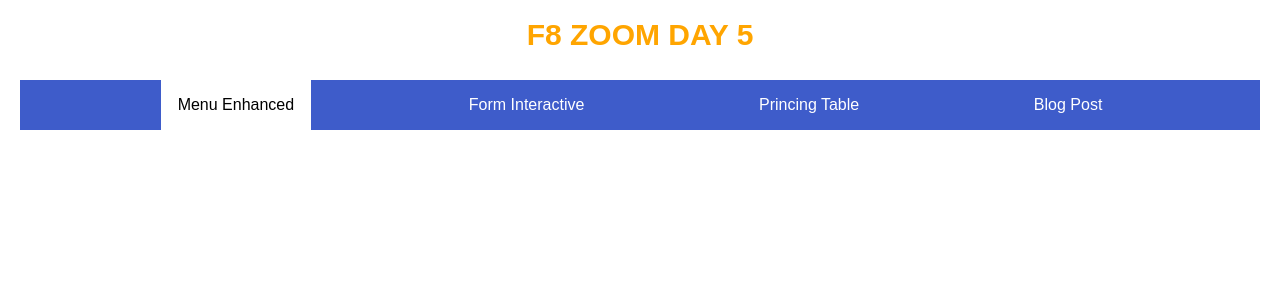
Repository: lannguyen1301/f8-zoom-day-5
Page: index.html
An editor plug-in stored every save of this project. The page is shown before and after the next save, followed by the edit.
The browser window is 1280 px wide. The pictures show the whole page.

Above is the page before, as saved 2025-04-21 18:40:20.

### index.html
<!DOCTYPE html>
<html lang="en">

<head>
    <meta charset="UTF-8">
    <meta name="viewport" content="width=device-width, initial-scale=1.0">
    <title>F8 ZOOM DAY 5</title>
    <link rel="stylesheet" href="./assets/css/reset.css">
    <link rel="stylesheet" href="./assets/css/style.css">
</head>

<body>
    <div class="inner">
        <h1 class="title-desc">F8 ZOOM DAY 5</h1>
        <nav class="navbar">
            <ul class="navbar__list">
                <li class="navbar__item active">
                    <a href="./menu-enhanced.html" class="navbar__link" target="_blank">Menu Enhanced</a>
                </li>
                <li class="navbar__item">
                    <a href="./form-interactive.html" class="navbar__link" target="_blank">Form Interactive</a>
                </li>
                <li class="navbar__item">
                    <a href="./pricing-table.html" class="navbar__link" target="_blank">Princing Table</a>
                </li>
                <li class="navbar__item">
                    <a href="./blog-post.html" class="navbar__link" target="_blank">Blog Post</a>
                </li>
            </ul>
        </nav>
    </div>
</body>

</html>

### assets/css/style.css
* {
    box-sizing: border-box;
}

html {
    font-size: 62.5%;
}

body {
    font-size: 1.6rem;
    font-family: "poppins", sans-serif;
}

/* common*/
a {
    text-decoration: none;
}

.inner {
    margin: 0 auto;
    padding: 20px;
}

.title-desc {
    font-size: 3rem;
    text-align: center;
    font-weight: 900;
    color: orange;
}

.navbar__list {
    display: flex;
    align-items: center;
    justify-content: space-evenly;
    margin-top: 30px;
    background-color: #3e5cca;
}

.navbar__item {
    height: 50px;
}

.navbar__link {
    color: #fff;
    line-height: 50px;
    padding: 17px;
    font-weight: 500;
    font-size: 1.6rem;
}

.active,
.navbar__list .navbar__item:hover > .navbar__link {
    background-color: #fff;
    color: #000;
}

.active a {
    color: #000;
}

Loaded but not shown: assets/css/reset.css (common file)

After the next save:
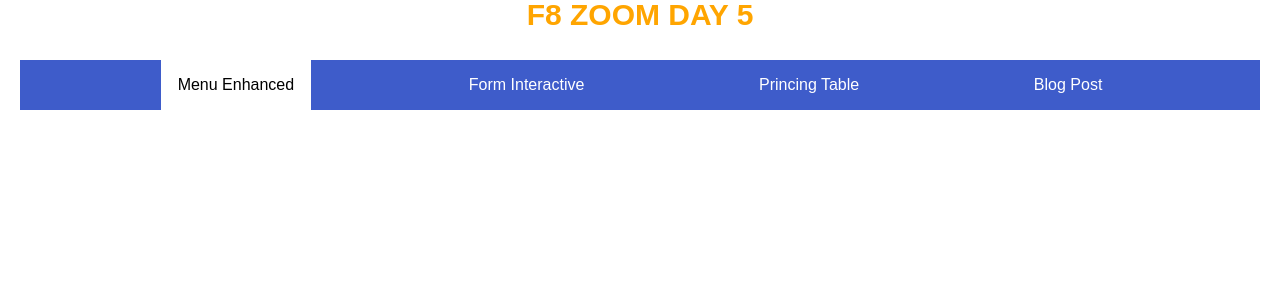
Saved 3 min 7 s later.
--- a/assets/css/style.css
+++ b/assets/css/style.css
@@ -18,7 +18,7 @@ a {
 
 .inner {
     margin: 0 auto;
-    padding: 20px;
+    padding: 0 20px;
 }
 
 .title-desc {
